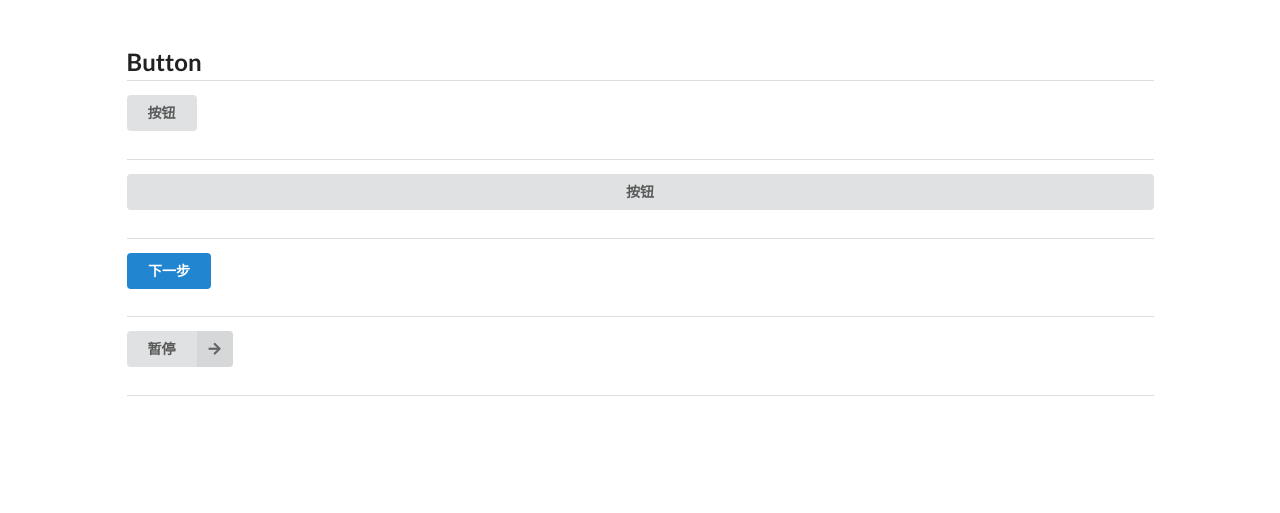
Repository: GOGOHQ/myblog
Page: index.html
The author's editor kept a copy of each file at every save. The page is drawn from the files as they stood at one save, then again after the next save.
The browser window is 1280 px wide. The pictures show the whole page.
Some web libraries are served in a nearby version.

Above is the page before, as saved 2020-01-16 13:13:41.

### index.html
<!DOCTYPE html>
<html lang="en">

<head>
    <meta charset="UTF-8">
    <meta name="viewport" content="width=device-width, inital-scale=1.0">
    <title>首页</title>
    <link rel="stylesheet" href="https://cdn.jsdelivr.net/semantic-ui/2.2.4/semantic.min.css">
    <script src="https://cdn.jsdelivr.net/npm/jquery@3.2/dist/jqurey.min.js"></script>
    <script src="https://cdn.jsdelivr.net/semantic-ui/2.2.4/semantic.min.js"></script>
</head>

<body>
<div class="ui container" style="padding:50px">
    <h2 class="ui dividing header">Button</h2>
    <button class="ui button">按钮</button>
    <!-- 填充父容器的按钮 -->
    <h2 class="ui dividing header"></h2>
    <button class="ui button fluid">按钮</button>
    <h2 class="ui dividing header"></h2>
    <!-- 动画按钮 -->
    <button class="ui button vertical primary animated">
        <div class="visible content">下一步</div>
        <div class="hidden content">
            <i class="right arrow icon"></i>
        </div>
    </button>
    <h2 class="ui dividing header"></h2>
    <!-- 标签按钮 -->
    <button class="ui right labeled icon button ">
        <i class="right arrow icon"></i>
        暂停
    </button>
    <h2 class="ui dividing header"></h2>
    <button class="ui inverted violet basic button">
        紫罗兰色
    </button>

</div>


</body>


</html>

After the next save:
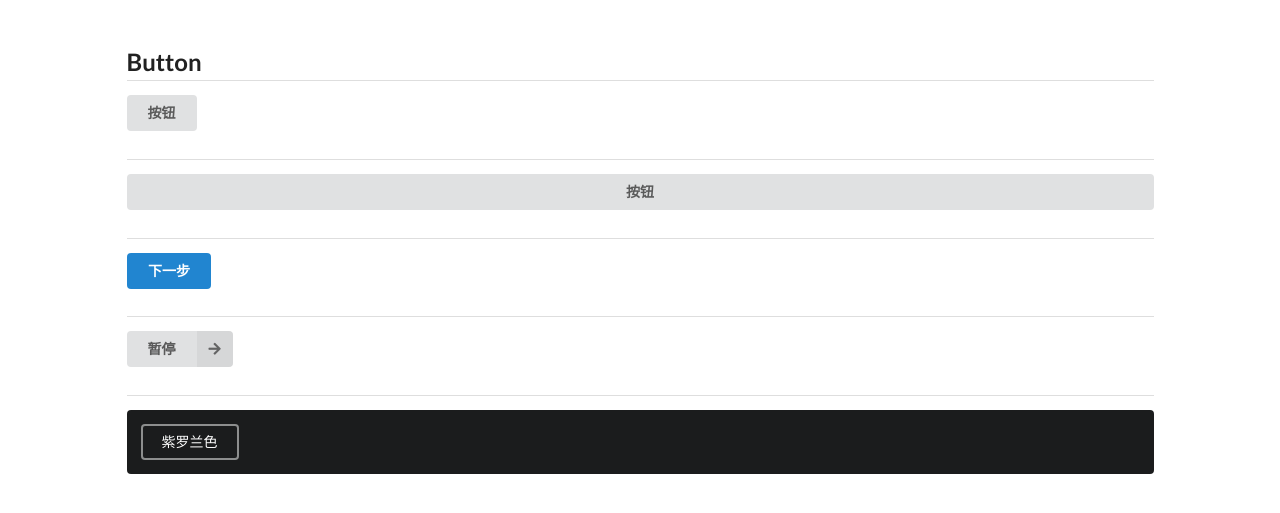
Saved 28 s later.
--- a/index.html
+++ b/index.html
@@ -32,10 +32,11 @@
         暂停
     </button>
     <h2 class="ui dividing header"></h2>
-    <button class="ui inverted violet basic button">
-        紫罗兰色
-    </button>
-
+    <div class="ui inverted segment">
+        <button class="ui inverted violet basic button">
+            紫罗兰色
+        </button>
+    </div>
 </div>
 
 
